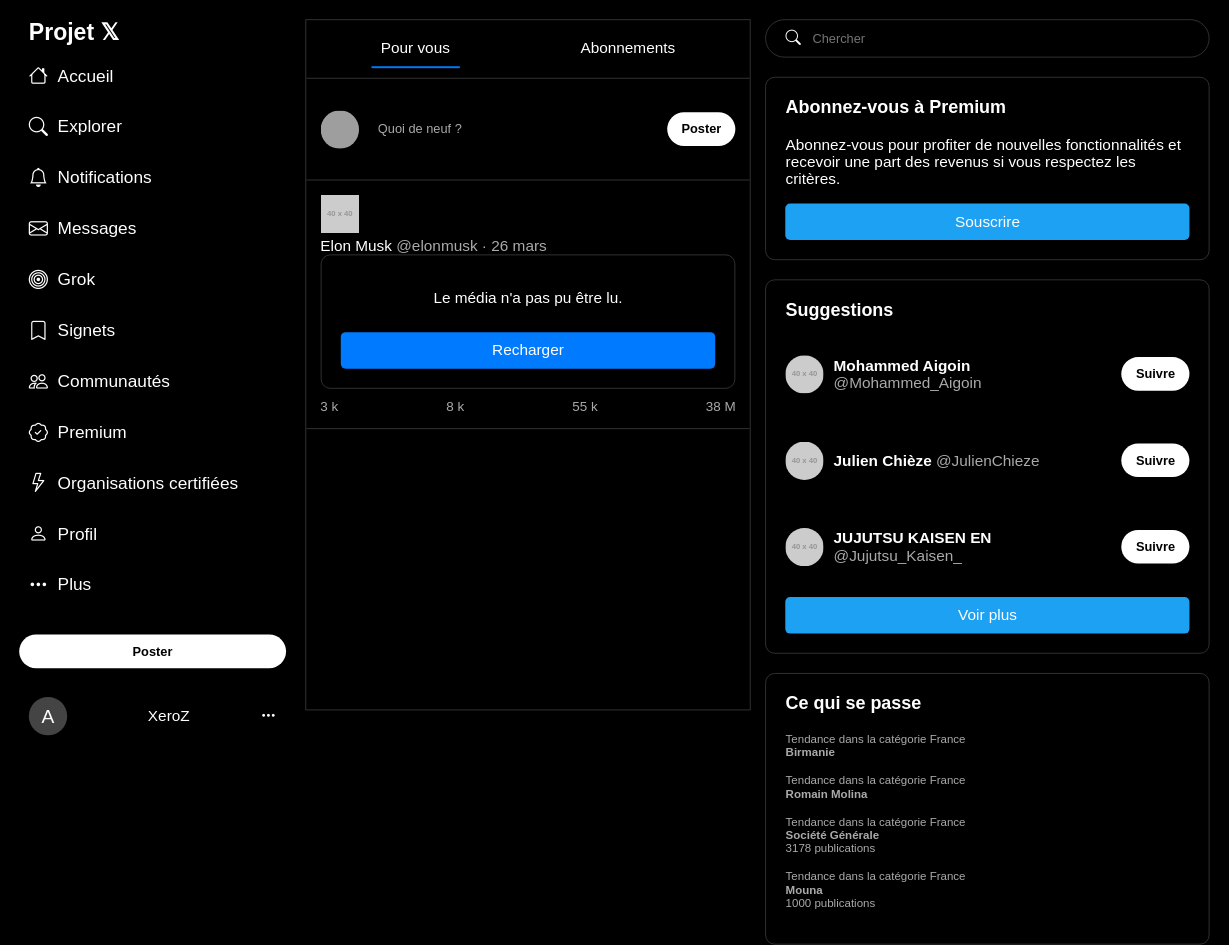
Repository: barriefl/ProjetX_BARRIER_MAULINE_MARQUES-FELIX_SERVONNET
Page: web/front/main.html
An editor plug-in stored every save of this project. The page is shown before and after the next save, followed by the edit.
The browser window is 1280 px wide. The pictures show the whole page, at 96% of full size.
Pictures or frames that could not be fetched are drawn as grey boxes.

Above is the page before, as saved 2025-03-31 10:16:44.

### web/front/main.html
<!DOCTYPE html>
<html lang="fr">
  <head>
    <meta charset="UTF-8" />
    <meta name="viewport" content="width=device-width, initial-scale=1.0" />
    <title>Projet &Xopf;</title>
    <link rel="icon" type="image/x-icon" href="image/twitter-x.svg" />
    <link rel="stylesheet" href="style/main.css" />
    <link rel="stylesheet" href="https://cdn.jsdelivr.net/npm/bootstrap-icons@1.5.0/font/bootstrap-icons.css"/>
  </head>
  <body>
    <div class="left-sidebar">
      <div class="logo"><a href="/front/main.html">Projet &Xopf;</a></div>
      <ul class="menu">
        <li>
          <a href="/front/main.html"
            ><span class="icon"><i class="bi bi-house"></i></span> Accueil</a
          >
        </li>
        <li>
          <a href=""
            ><span class="icon"><i class="bi bi-search"></i></span>Explorer</a
          >
        </li>
        <li>
          <a href="#"
            ><span class="icon"><i class="bi bi-bell"></i></span>
            Notifications</a
          >
        </li>
        <li>
          <a href="#"
            ><span class="icon"><i class="bi bi-envelope"></i></span>Messages</a
          >
        </li>
        <li>
          <a href="#"
            ><span class="icon"><i class="bi bi-bullseye"></i></span> Grok</a
          >
        </li>
        <li>
          <a href="#"
            ><span class="icon"><i class="bi bi-bookmark"></i></span> Signets</a
          >
        </li>
        <li>
          <a href="#"
            ><span class="icon"><i class="bi bi-people"></i></span>
            Communautés</a
          >
        </li>
        <li>
          <a href="#"
            ><span class="icon"><i class="bi bi-patch-check"></i></span>
            Premium</a
          >
        </li>
        <li>
          <a href="#"
            ><span class="icon"><i class="bi bi-lightning"></i></span>
            Organisations certifiées</a
          >
        </li>
        <li>
          <a href="#"
            ><span class="icon"><i class="bi bi-person"></i></span> Profil</a
          >
        </li>
        <li>
          <a href="#"
            ><span class="icon"><i class="bi bi-three-dots"></i></span>Plus</a
          >
        </li>
      </ul>
      <button class="post-button">Poster</button>
      <div class="user-info">
        <span class="avatar">A</span>
        <span class="username">XeroZ</span>
        <span class="more-info"><i class="bi bi-three-dots"></i></span>
      </div>
    </div>
    <div class="container container-border">
      <!--  s -->
      <div class="tab-menu">
        <a href="#" class="active">Pour vous</a>
        <a href="#">Abonnements</a>
      </div>

      <!-- Header -->
      <div class="header">
        <img src="empty.png" alt="empty.png" />
        <input type="text" placeholder="Quoi de neuf ?" />
        <button class="post-button">Poster</button>
      </div>

      <!-- Post -->
      <div class="post">
        <div class="tweet-user-info">
          <img src="https://via.placeholder.com/40" alt="User Avatar" />
          <div>
            <span class="username">Elon Musk</span>
            <span style="color: #aaa">@elonmusk · 26 mars</span>
          </div>
        </div>
        <div class="content">
          <p>Le média n'a pas pu être lu.</p>
          <button class="button-blue">Recharger</button>
        </div>
        <div class="actions">
          <span>3 k</span>
          <span>8 k</span>
          <span>55 k</span>
          <span>38 M</span>
        </div>
      </div>
    </div>
    <div class="right-sidebar">
      <!-- Barre de recherche -->
      <div class="search-bar">
        <i class="bi bi-search"></i>
        <input type="text" placeholder="Chercher" />
      </div>

      <!-- Section Premium -->
      <div class="card">
        <h3>Abonnez-vous à Premium</h3>
        <p>
          Abonnez-vous pour profiter de nouvelles fonctionnalités et recevoir
          une part des revenus si vous respectez les critères.
        </p>
        <button class="button-blue">Souscrire</button>
      </div>

      <!-- Suggestions -->
      <div class="card">
        <h3>Suggestions</h3>
        <div class="suggestion">
          <img src="https://via.placeholder.com/40" alt="Avatar" />
          <div class="info">
            <span class="username">Mohammed Aigoin</span>
            <span class="handle">@Mohammed_Aigoin</span>
          </div>
          <button class="follow-button">Suivre</button>
        </div>
        <div class="suggestion">
          <img src="https://via.placeholder.com/40" alt="Avatar" />
          <div class="info">
            <span class="username">Julien Chièze</span>
            <span class="handle">@JulienChieze</span>
          </div>
          <button class="follow-button">Suivre</button>
        </div>
        <div class="suggestion">
          <img src="https://via.placeholder.com/40" alt="Avatar" />
          <div class="info">
            <span class="username">JUJUTSU KAISEN EN</span>
            <span class="handle">@Jujutsu_Kaisen_</span>
          </div>
          <button class="follow-button">Suivre</button>
        </div>
        <button class="button-blue">Voir plus</button>
      </div>

      <!-- Tendances -->
      <div class="card">
        <h3>Ce qui se passe</h3>
        <ul class="trends">
          <li>
            <span>Tendance dans la catégorie France</span>
            <span class="title">Birmanie</span>
          </li>
          <li>
            <span>Tendance dans la catégorie France</span>
            <span class="title">Romain Molina</span>
          </li>
          <li>
            <span>Tendance dans la catégorie France</span>
            <span class="title">Société Générale</span>
            <span>3178 publications</span>
          </li>
          <li>
            <span>Tendance dans la catégorie France</span>
            <span class="title">Mouna</span>
            <span>1000 publications</span>
          </li>
        </ul>
      </div>
    </div>
  </body>
</html>

### web/front/style/main.css
body {
    margin: 0;
    background-color: #000;
    font-family: Arial, Helvetica, sans-serif;
    color: white;
    padding: 0;
    display: flex;
    justify-content: center;
    padding: 20px;
}

.left-sidebar {
    width: 300px;
    height: 100vh;
    display: flex;
    flex-direction: column;
    padding-right: 20px;
}

.logo {
    font-size: 24px;
    font-weight: bold;
}

.left-sidebar a {
    text-decoration: none;
    color: white;
    padding: 10px;
    width: fit-content;
    border-radius: 15px;
    transition: all 0.3s ease-in-out;
}

.left-sidebar a:hover, .user-info:hover {
    background-color: #333;
    text-decoration: none;
    color: white;
}

.menu {
    list-style: none;
    padding: 0;
    margin: 0;
}

.menu li {
    margin: 10px 0;
}

.menu a {
    text-decoration: none;
    color: white;
    display: flex;
    align-items: center;
    font-size: 18px;
}

.menu .icon {
    margin-right: 10px;
    font-size: 20px;
}

.post-button, .follow-button {
    margin: 20px 0;
    padding: 10px 15px;
    border-radius: 20px;
    border:none;
    cursor: pointer;
    font-weight: bold;
    background-color: white;
}

.post-button:hover {
    background-color: #ddd;
}

.button-blue {
    width: 100%;
    padding: 10px;
    font-size: 16px;
    background-color: #1da1f2;
    color: white;
    border: none;
    border-radius: 5px;
    cursor: pointer;
}

.button-blue:hover {
    background-color: #0d8ce0;
}

.user-info {
    display: flex;
    justify-content: space-between;
    align-items: center;
    padding: 10px;
    margin: ;
    border-radius: 15px;
    cursor: pointer;
    transition: all 0.3s ease-in-out;
}

.avatar {
    background-color: #444;
    width: 40px;
    height: 40px;
    display: flex;
    align-items: center;
    justify-content: center;
    border-radius: 50%;
    font-size: 20px;
    margin-right: 10px;
}

.username {
    font-size: 16px;
}

.container {
    width: 500px;
    max-height: 100vh;
    overflow-y: auto ;
    margin-right: 15px;
}

.container-border {
    border: 1px solid #333;
}

.header {
    display: flex;
    align-items: center;
    padding: 15px;
    border-bottom: 1px solid #333;
}

.header img {
    width: 40px;
    height: 40px;
    border-radius: 50%;
    margin-right: 10px;
}

.header input {
    flex: 1;
    background: transparent;
    border: none;
    outline: none;
    padding: 10px;
    color: #fff;
}

.header input::placeholder {
    color: #aaa;
}

.post {
    padding: 15px;
    border-bottom: 1px solid #333;
}

.post .user-info {
    display: flex;
    align-items: center;
    margin-bottom: 10px;
}

.post .user-info img {
    width: 40px;
    height: 40px;
    border-radius: 50%;
    margin-right: 10px;
}

.post .user-info .username {
    font-weight: bold;
}

.post .content {
    border: solid 1px #333;
    border-radius: 10px;
    padding: 20px;
    text-align: center;
}

.post .content button {
    background-color: #007bff;
    color: #fff;
    border: none;
    border-radius: 5px;
    padding: 10px 20px;
    margin-top: 10px;
    cursor: pointer;
}

.post .actions {
    display: flex;
    justify-content: space-between;
    margin-top: 10px;
    font-size: 14px;
    color: #aaa;
}

.tab-menu {
    display: flex;
    justify-content: space-around;
    padding: 10px;
    border-bottom: 1px solid #333;
}

.tab-menu a {
    color: #fff;
    text-decoration: none;
    padding: 10px;
}

.tab-menu a.active {
    border-bottom: 2px solid #007bff;
}

.right-sidebar {
    width: 500px;
    max-height: 100vh;
}

 .search-bar {
     display: flex;
     padding: 10px 20px;
     margin-bottom: 20px;
     border-radius: 20px;
     border: 1px solid #333;
 }

 .search-bar input {
     flex: 1;
     background: transparent;
     border: none;
     outline: none;
     color: #ffffff;
 }

 .search-bar i {
     margin-right: 10px;
 }

 .card {
    border: 1px solid #333;
     border-radius: 10px;
     padding: 20px;
     margin-bottom: 20px;
 }

 .card h3 {
     margin-top: 0;
 }

 .card .button {
     display: inline-block;
     background-color: #007bff;
     color: #ffffff;
     text-decoration: none;
     padding: 10px 20px;
     border-radius: 20px;
     margin-top: 10px;
     text-align: center;
 }

 .suggestion {
     display: flex;
     align-items: center;
     margin-bottom: 15px;
 }

 .suggestion img {
     width: 40px;
     height: 40px;
     border-radius: 50%;
     margin-right: 10px;
 }

 .suggestion .info {
     flex: 1;
 }

 .suggestion .info .username {
     font-weight: bold;
 }

 .suggestion .info .handle {
     color: #aaa;
 }

 .trends {
     list-style: none;
     padding: 0;
     margin: 0;
 }

 .trends li {
     margin-bottom: 15px;
 }

 .trends li span {
     display: block;
     color: #aaa;
     font-size: 12px;
 }

 .trends li .title {
     font-weight: bold;
 }

After the next save:
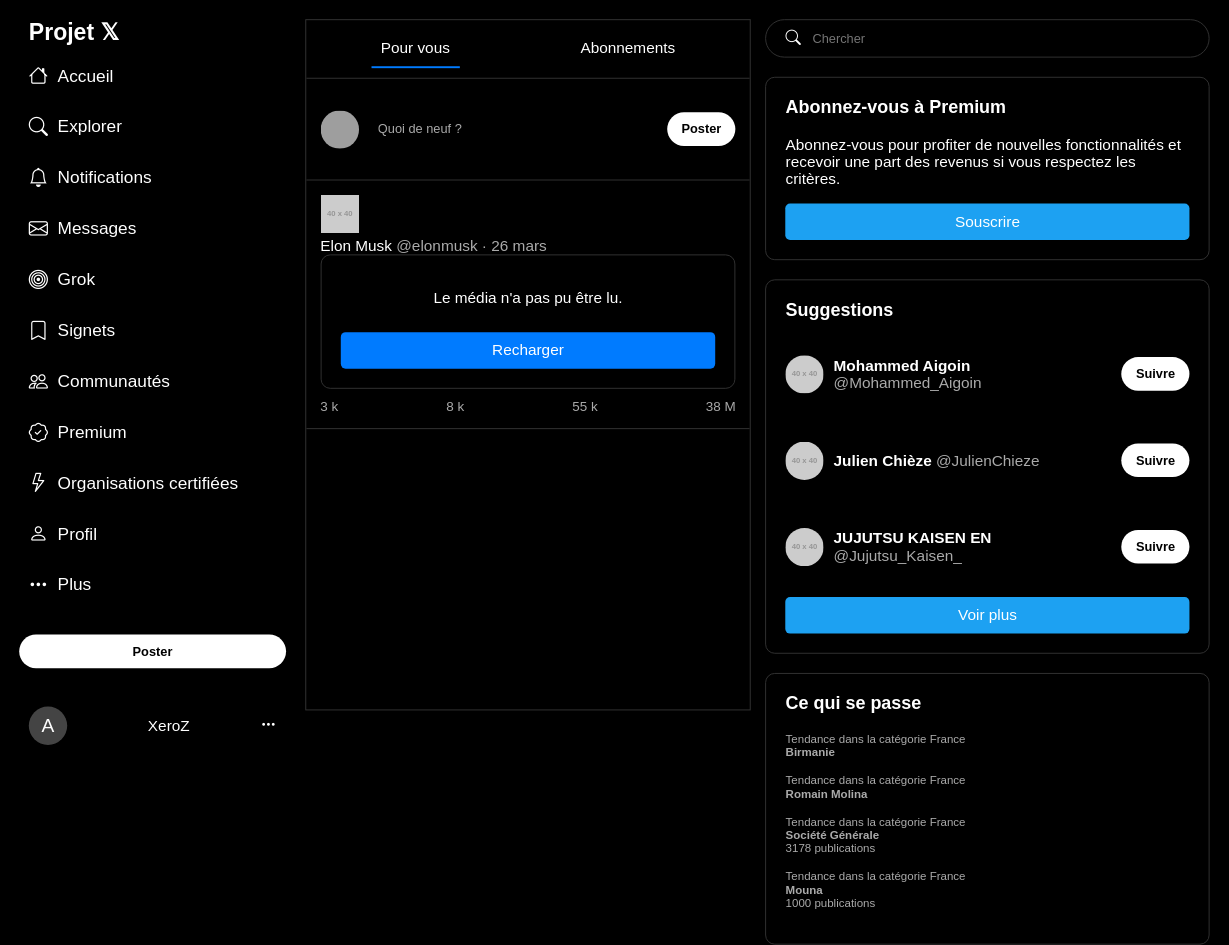
Saved 5 s later.
--- a/web/front/style/main.css
+++ b/web/front/style/main.css
@@ -94,7 +94,7 @@
     justify-content: space-between;
     align-items: center;
     padding: 10px;
-    margin: ;
+    margin: 10px 0;
     border-radius: 15px;
     cursor: pointer;
     transition: all 0.3s ease-in-out;

After the save that followed:
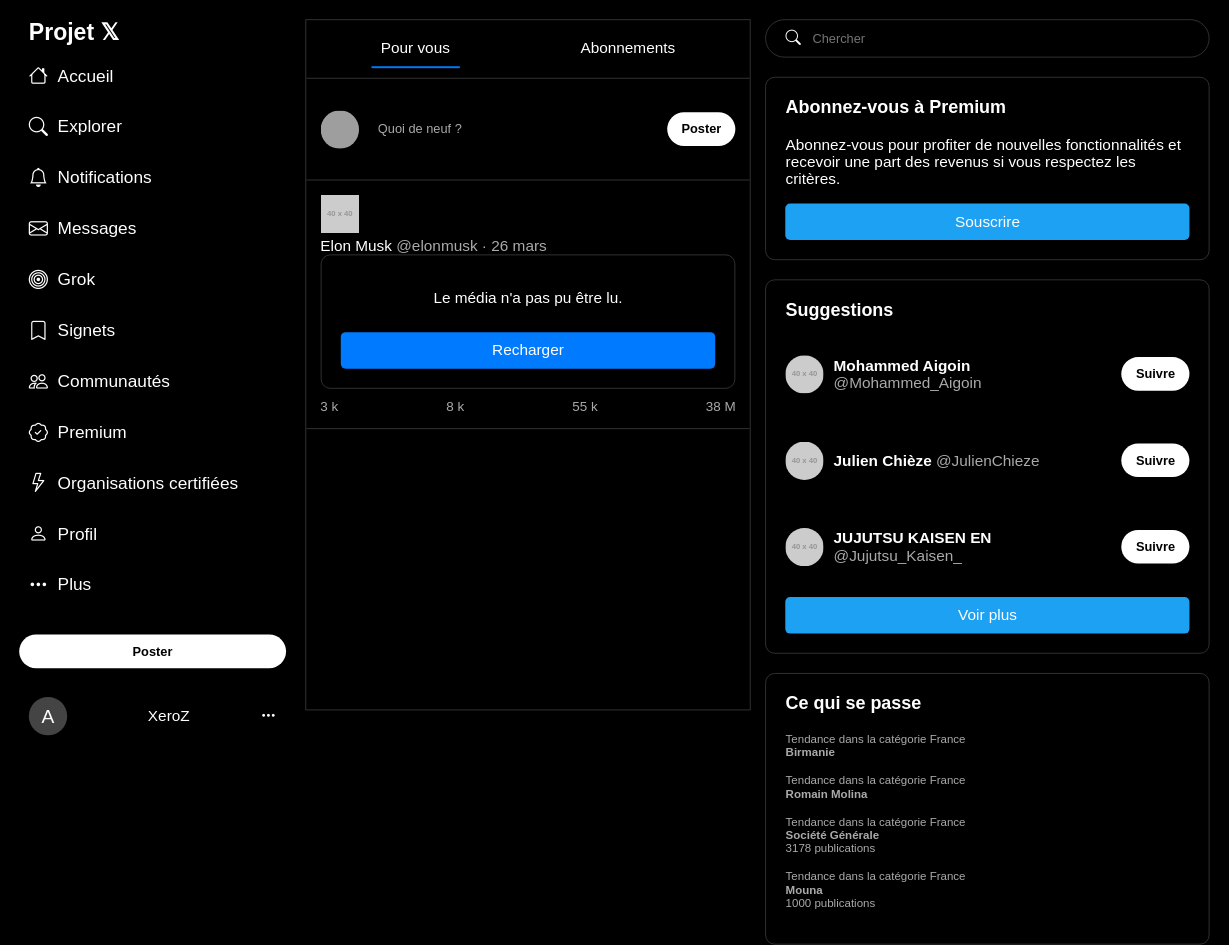
Saved 7 s later.
--- a/web/front/style/main.css
+++ b/web/front/style/main.css
@@ -94,7 +94,7 @@
     justify-content: space-between;
     align-items: center;
     padding: 10px;
-    margin: 10px 0;
+    /* margin: 10px 0; */
     border-radius: 15px;
     cursor: pointer;
     transition: all 0.3s ease-in-out;
